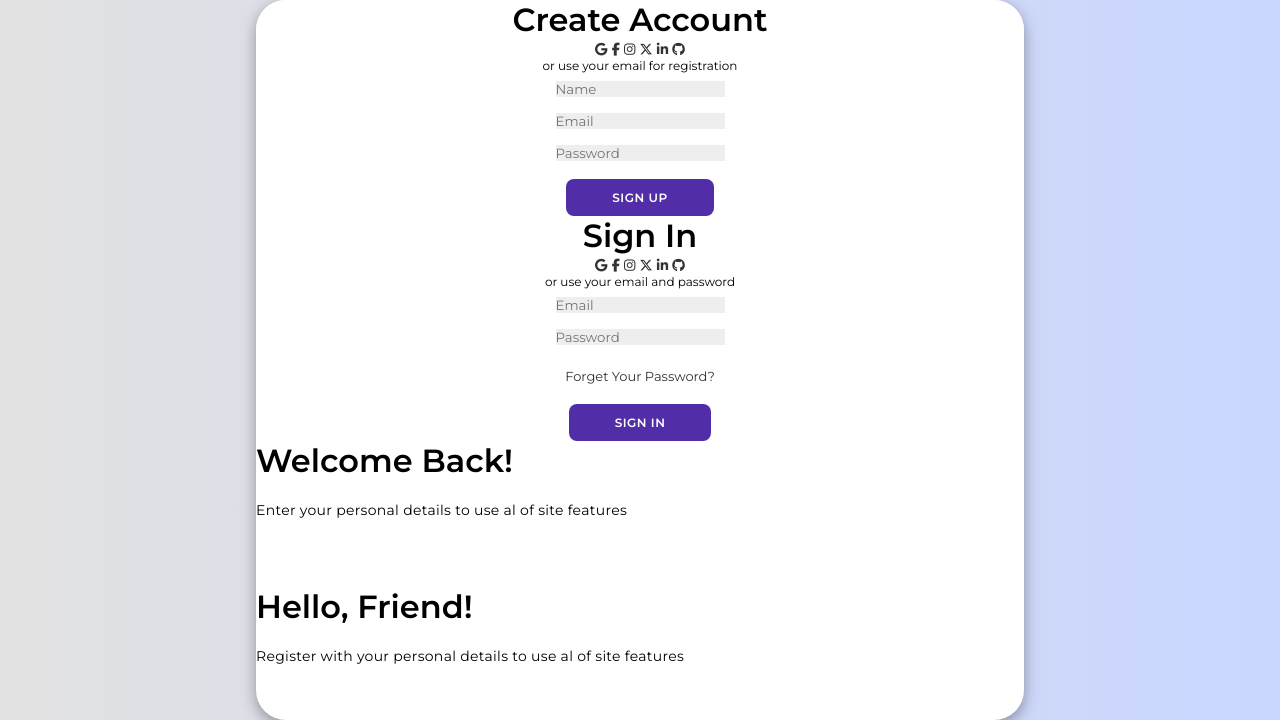
Repository: DevMike1993/Animated_Login_Page
Page: index.html
An editor plug-in stored every save of this project. The page is shown before and after a run of saves, followed by the edit.
The browser window is 1280 px wide. The pictures show the whole page.

Above is the page before, as saved 2023-12-17 20:08:37.

### index.html
<!DOCTYPE html>
<html lang="en">
<head>
    <meta charset="UTF-8">
    <meta name="viewport" content="width=device-width, initial-scale=1.0">
    <link rel="stylesheet" href="https://cdnjs.cloudflare.com/ajax/libs/font-awesome/6.5.1/css/all.min.css">
    <link rel="stylesheet" href="style.css">
    <title>Animated Login Page</title>
</head>
<body>

    <div class="container" id="container">
        <div class="form-container sign-up">
            <form>
                <h1>Create Account</h1>
                <div class="social-icons">
                    <a href="#" class="icon"><i class="fa-brands fa-google"></i></a>
                    <a href="#" class="icon"><i class="fa-brands fa-facebook-f"></i></a>
                    <a href="#" class="icon"><i class="fa-brands fa-instagram"></i></a>
                    <a href="#" class="icon"><i class="fa-brands fa-x-twitter"></i></a>
                    <a href="#" class="icon"><i class="fa-brands fa-linkedin-in"></i></a>
                    <a href="#" class="icon"><i class="fa-brands fa-github"></i></a>
                </div>
                <span>or use your email for registration</span>
                <input type="text" placeholder="Name">
                <input type="email" placeholder="Email">
                <input type="password" placeholder="Password">
                <button>Sign Up</button>
            </form>
        </div>
        <div class="form-container sign-in">
            <form>
                <h1>Sign In</h1>
                <div class="social-icons">
                    <a href="#" class="icon"><i class="fa-brands fa-google"></i></a>
                    <a href="#" class="icon"><i class="fa-brands fa-facebook-f"></i></a>
                    <a href="#" class="icon"><i class="fa-brands fa-instagram"></i></a>
                    <a href="#" class="icon"><i class="fa-brands fa-x-twitter"></i></a>
                    <a href="#" class="icon"><i class="fa-brands fa-linkedin-in"></i></a>
                    <a href="#" class="icon"><i class="fa-brands fa-github"></i></a>
                </div>
                <span>or use your email and password</span>
                <input type="email" placeholder="Email">
                <input type="password" placeholder="Password">
                <a href="#">Forget Your Password?</a>
                <button>Sign In</button>
            </form>
        </div>
        <div class="toggle-container">
            <div class="toggle">
                <div class="toggle-panel toggle-left">
                    <h1>Welcome Back!</h1>
                    <p>Enter your personal details to use al of site features</p>
                    <button class="hidden" id="login">Sign In</button>
                </div>
                <div class="toggle-panel toggle-right">
                    <h1>Hello, Friend!</h1>
                    <p>Register with your personal details to use al of site features</p>
                    <button class="hidden" id="register">Sign Up</button>
                </div>
            </div>
        </div>
    </div>

    <script src="script.js"></script>
</body>
</html>

### style.css
@import url('https://fonts.googleapis.com/css2?family=Montserrat:ital,wght@0,200;0,300;0,400;0,500;0,600;1,200;1,300&family=Poppins&display=swap');

*{
    margin: 0;
    padding: 0;
    box-sizing: border-box;
    font-family: "Montserrat", sans-serif;
}

body{
    background-color: #c9d6ff;
    background: linear-gradient(to right, #e2e2e2, #c9d6ff);
    display: flex;
    align-items: center;
    justify-content: center;
    flex-direction: column;
    height: 100vh;
}

.container{
    background-color: #fff;
    border-radius: 30px;
    box-shadow: 0 5px 15px rgba(0, 0, 0, 0.35);
    position: relative;
    overflow: hidden;
    width: 768px;
    max-width: 100%;
    min-height: 480px;
}

.container p{
    font-size: 14px;
    line-height: 20px;
    letter-spacing: 0.3px;
    margin: 20px 0;
}

.container span{
    font-size: 12px;
}

.container a{
    color: #333;
    font-size: 13px;
    text-decoration: none;
    margin: 15px 0 10px;
}

.container button{
    background-color: #512da8;
    color: #fff;
    font-size: 12px;
    padding: 10px 45px;
    border: 1px solid transparent;
    border-radius: 8px;
    font-weight: 600;
    letter-spacing: 0.5px;
    text-transform: uppercase;
    margin-top: 10px;
    cursor: pointer;
}

.container button.hidden{
    background-color: transparent;
    border-color: #fff;
}

.container form{
    background-color: #fff;
    display: flex;
    align-items: center;
    justify-content: center;
    flex-direction: column;
    padding: 0 40px;
    height: 100%;
}

.container input{
    background-color: #eee;
    border: none;
    margin: 8px 0;
}

Loaded but not shown: script.js (no copy from this time; the picture is the same without it)

After the next 8 saves:
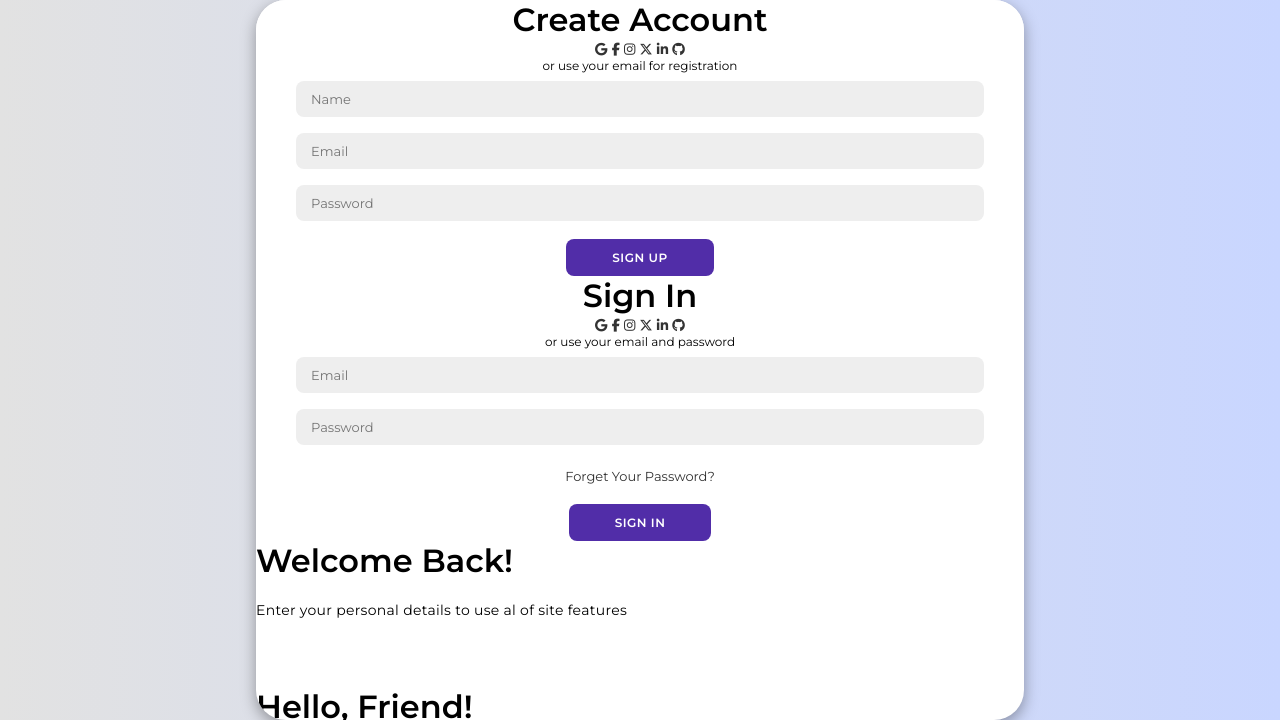
The 8 saves are shown as one change because they came seconds apart.
The last was saved 26 s later.
--- a/style.css
+++ b/style.css
@@ -79,4 +79,9 @@ body{
     background-color: #eee;
     border: none;
     margin: 8px 0;
+    padding: 10px 15px;
+    font-size: 13px;
+    border-radius: 8px;
+    width: 100%;
+    outline: ;
 }
